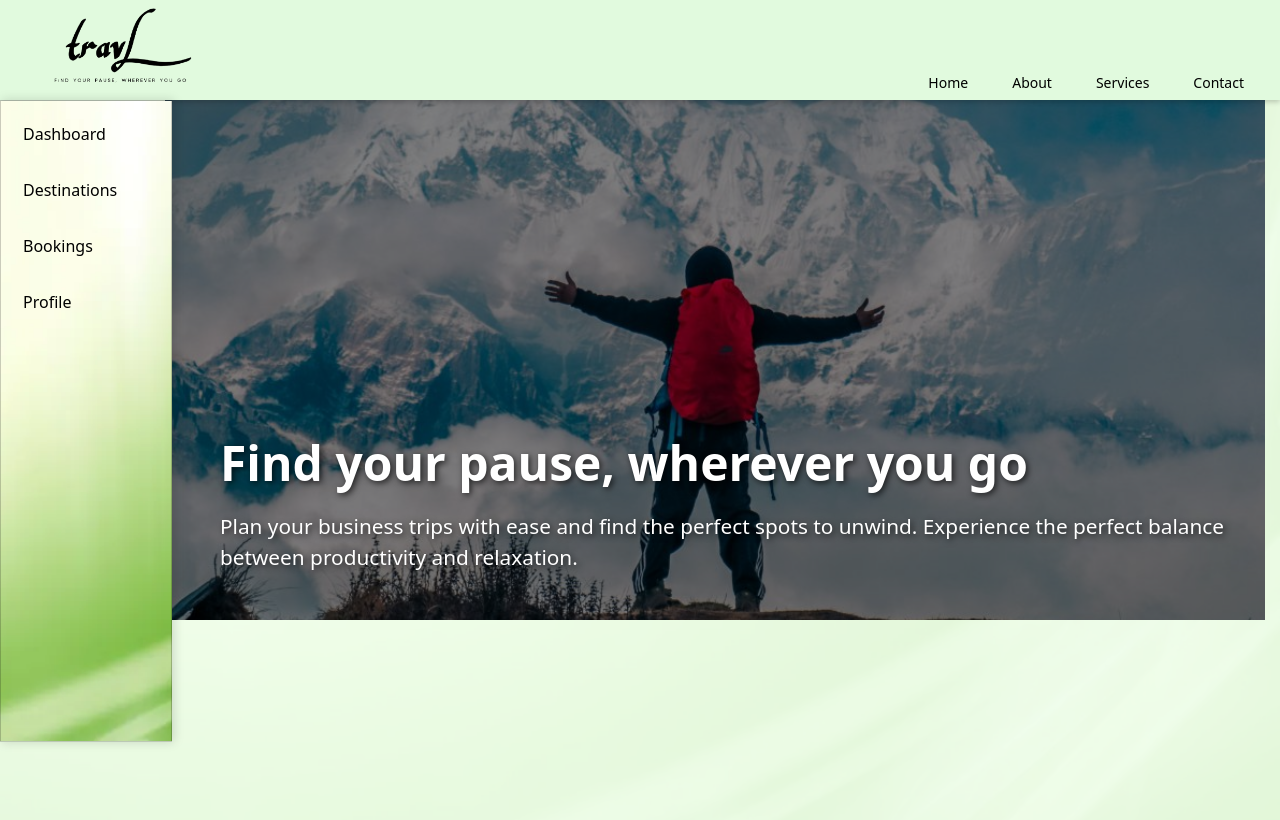
Repository: Nakib-Arman/Javafest25---travL
Page: / (app in Frontend/)
The author's editor kept a copy of each file at every save. The page is drawn from the files as they stood at one save, then again after the next save.
The browser window is 1280 px wide. The pictures show the whole page.
Pictures or frames that could not be fetched are drawn as grey boxes. The project was rebuilt for these pictures with package versions that can differ from the ones it lists, and the page was loaded fresh each time. Also part of the build but not shown: Frontend/vite.config.js.

Above is the page before, as saved 2025-08-13 13:51:25.

After the next save:
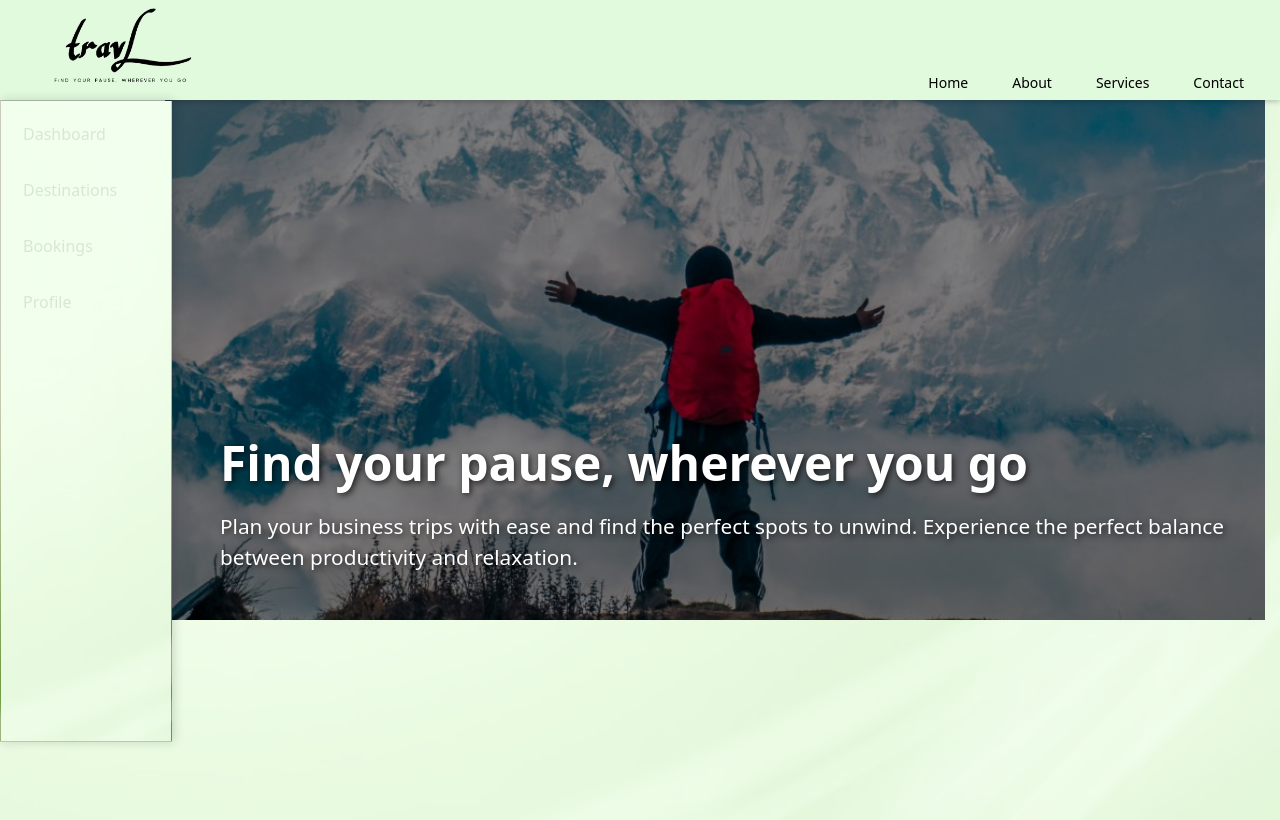
Saved 74 s later.
--- a/Frontend/src/CSS/Sidebar.css
+++ b/Frontend/src/CSS/Sidebar.css
@@ -22,7 +22,7 @@
 }
 
 
-.sidebar-container::before {
+.sidebar::before {
   content: '';
   position: absolute;
   top: 0;
